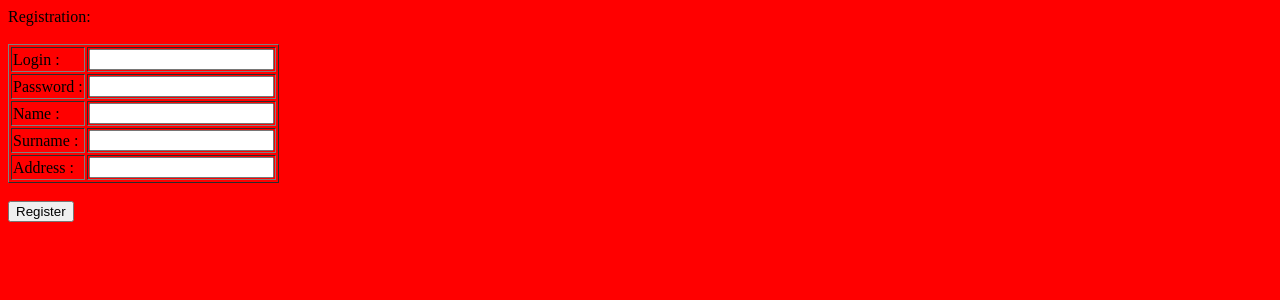
Repository: zlenyk/wrzucak
Page: http://localhost/Shop/registration.html
An editor plug-in stored every save of this project. The page is shown before and after the next save, followed by the edit.
The browser window is 1280 px wide. The pictures show the whole page.
The page is served by Tomcat 9.

Above is the page before, as saved 2013-09-24 10:19:56.

### Shop/WebContent/registration.html
<!DOCTYPE html>
<html>
<head>
<meta http-equiv="Content-Type" content="text/html; charset=ISO-8859-1">
<head>
  <link rel="Stylesheet" type="text/css" href="style.css" />
</head>
<body>
  <form method="POST" action="http://localhost:8080/Shop/Registration">
    Registration:<br /><br />
    <table border = 1>
    	<tr>
    		<td>Login :</td> <td><input type="text" name="login" /></td>
    	</tr>
    	<tr>
    		<td>Password :</td> <td><input type="password" name="password" /></td>
    	</tr>
    	<tr>
    		<td>Name :</td> <td><input type="text" name="name" /></td>
    	</tr>
    	<tr>
    		<td>Surname :</td> <td><input type="text" name="surname" /></td>
    	</tr>
    	<tr>
    		<td>Address :</td> <td><input type="text" name="address" /></td>
    	</tr>
    </table>
    <br />
    <input type="hidden" name ="action" value = "login" />
    <input type="submit" value="Register" />
  </form>
</body>
</html>

### Shop/WebContent/style.css
@CHARSET "UTF-8";

body {background-color:red;}

ul, ul li {
	display: block;
	list-style: none;
	margin: 0;
	padding: 0;
}

ul {
	width: 150px;
	padding: 2px 2px 1px 2px;
	background-color: #9ce;
	border: 3px double #28e;
}

ul li {
	border-bottom: 1px solid #9ce;
}

ul a:link, ul a:visited {
	display: block;
	width: 126px;
	text-decoration: none;
	padding: 7px;
	font-weight: bold;
	background-color: #27c;
	color: #def;
	border-left: 10px solid #25b;
}

ul a:hover {
	width: 136px;
	background-color: #28e;
	color: #fff;
	border-left: 20px solid #26d;
}
.box
{
	font-family: "Lucida Sans Unicode", "Lucida Grande", Sans-Serif;
	font-size: 12px;
	margin: 45px;
	width: 480px;
	text-align: left;
	border-collapse: collapse;
}
.box th
{
	font-size: 13px;
	font-weight: normal;
	padding: 8px;
	background: #b9c9fe;
	border-top: 4px solid #aabcfe;
	border-bottom: 1px solid #fff;
	color: #039;
}
.box td
{
	padding: 8px;
	background: #e8edff;
	border-bottom: 1px solid #fff;
	color: #669;
	border-top: 1px solid transparent;
}
.box tr:hover td
{
	background: #d0dafd;
	color: #339;
}

After the next save:
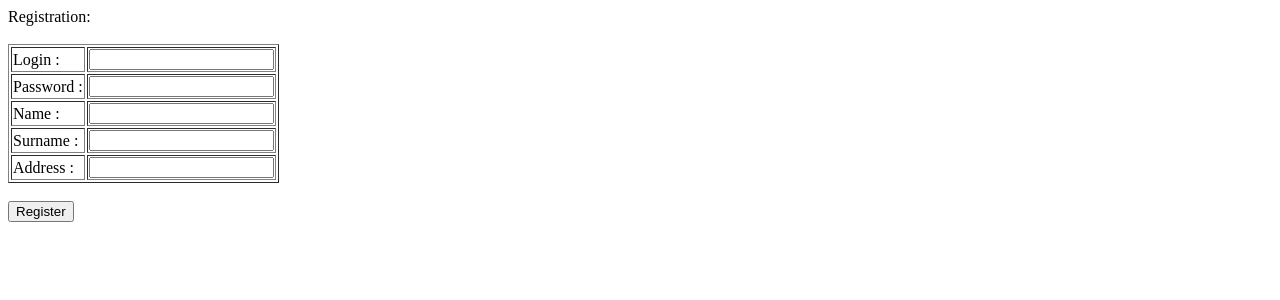
Saved 26 s later.
--- a/Shop/WebContent/style.css
+++ b/Shop/WebContent/style.css
@@ -1,6 +1,6 @@
 @CHARSET "UTF-8";
 
-body {background-color:red;}
+body {background-image:'images/running_background.jpg';}
 
 ul, ul li {
 	display: block;
